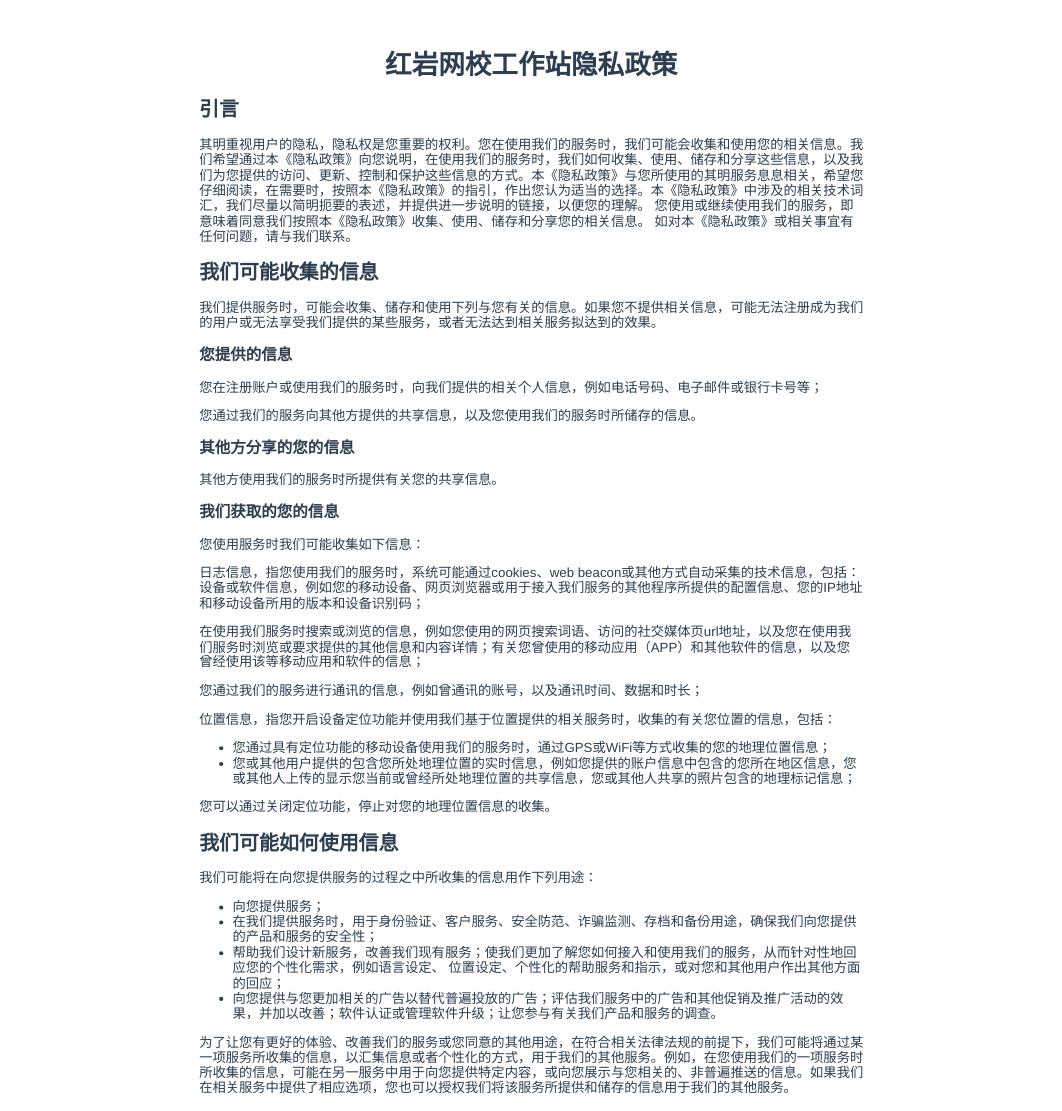
Repository: zl-mdc/privacy-policy
Page: /
These files come from the project's save history. The page is drawn as it stood at one moment and after the next save; the edit follows.
The browser window is 1280 px wide. The pictures show the whole page, at 83% of full size.
The project was rebuilt for these pictures with package versions that can differ from the ones it lists, and the page was loaded fresh each time.

Above is the page before, as saved 2020-09-17 15:43:18.

### src/main.js
import Vue from 'vue'
import App from './App.vue'
import 'normalize.css'

Vue.config.productionTip = false

new Vue({
  render: h => h(App),
}).$mount('#app')

### src/App.vue
<template>
  <div id="app">
    <Info />
  </div>
</template>

<script>
import Info from './components/Info';

export default {
  name: 'App',
  components: {
    Info
  }
}
</script>

<style>
#app {
  font-family: Avenir, Helvetica, Arial, sans-serif;
  -webkit-font-smoothing: antialiased;
  -moz-osx-font-smoothing: grayscale;
  text-align: center;
  color: #2c3e50;
  margin-top: 60px;
}
</style>

### src/components/Info.vue
<!--
 * @Author: Code_Master
 * @Date: 2020-09-17 15:00:51
 * @LastEditTime: 2020-09-17 15:43:18
 * @LastEditors: Code_Master
 * @FilePath: /privacy-policy/src/components/Info.vue
 * @Description: The first 90% of the code accounts for the first 90% of the development time. The remaining 10% of the code accounts for the other 90% of the development time.
-->
<template>
    <div id="info">
          <h1>红岩网校工作站隐私政策</h1>

          <h2>引言</h2>
          <p><span></span>其明重视用户的隐私，隐私权是您重要的权利。您在使用我们的服务时，我们可能会收集和使用您的相关信息。我们希望通过本《隐私政策》向您说明，在使用我们的服务时，我们如何收集、使用、储存和分享这些信息，以及我们为您提供的访问、更新、控制和保护这些信息的方式。本《隐私政策》与您所使用的其明服务息息相关，希望您仔细阅读，在需要时，按照本《隐私政策》的指引，作出您认为适当的选择。本《隐私政策》中涉及的相关技术词汇，我们尽量以简明扼要的表述，并提供进一步说明的链接，以便您的理解。 您使用或继续使用我们的服务，即意味着同意我们按照本《隐私政策》收集、使用、储存和分享您的相关信息。 如对本《隐私政策》或相关事宜有任何问题，请与我们联系。 </p>

          <h2>我们可能收集的信息</h2>
          <p>我们提供服务时，可能会收集、储存和使用下列与您有关的信息。如果您不提供相关信息，可能无法注册成为我们的用户或无法享受我们提供的某些服务，或者无法达到相关服务拟达到的效果。</p>
          <h3>您提供的信息</h3>
          <p>您在注册账户或使用我们的服务时，向我们提供的相关个人信息，例如电话号码、电子邮件或银行卡号等；</p>
          <p>您通过我们的服务向其他方提供的共享信息，以及您使用我们的服务时所储存的信息。</p>
          <h3>其他方分享的您的信息</h3>
          <p>其他方使用我们的服务时所提供有关您的共享信息。</p>
          <h3>我们获取的您的信息</h3>
          <p>您使用服务时我们可能收集如下信息：</p>
          <p>日志信息，指您使用我们的服务时，系统可能通过cookies、web beacon或其他方式自动采集的技术信息，包括：设备或软件信息，例如您的移动设备、网页浏览器或用于接入我们服务的其他程序所提供的配置信息、您的IP地址和移动设备所用的版本和设备识别码；</p>
          <p>在使用我们服务时搜索或浏览的信息，例如您使用的网页搜索词语、访问的社交媒体页url地址，以及您在使用我们服务时浏览或要求提供的其他信息和内容详情；有关您曾使用的移动应用（APP）和其他软件的信息，以及您曾经使用该等移动应用和软件的信息；</p>
          <p>您通过我们的服务进行通讯的信息，例如曾通讯的账号，以及通讯时间、数据和时长；</p>
          <p>位置信息，指您开启设备定位功能并使用我们基于位置提供的相关服务时，收集的有关您位置的信息，包括：</p>
          <ul>
              <li>您通过具有定位功能的移动设备使用我们的服务时，通过GPS或WiFi等方式收集的您的地理位置信息；</li>
              <li>您或其他用户提供的包含您所处地理位置的实时信息，例如您提供的账户信息中包含的您所在地区信息，您或其他人上传的显示您当前或曾经所处地理位置的共享信息，您或其他人共享的照片包含的地理标记信息；</li>
          </ul>
          <p>您可以通过关闭定位功能，停止对您的地理位置信息的收集。</p>

          <h2>我们可能如何使用信息</h2>
          <p>我们可能将在向您提供服务的过程之中所收集的信息用作下列用途：</p>
          <ul>
              <li>向您提供服务； </li>
              <li>在我们提供服务时，用于身份验证、客户服务、安全防范、诈骗监测、存档和备份用途，确保我们向您提供的产品和服务的安全性； </li>
              <li>帮助我们设计新服务，改善我们现有服务；使我们更加了解您如何接入和使用我们的服务，从而针对性地回应您的个性化需求，例如语言设定、 位置设定、个性化的帮助服务和指示，或对您和其他用户作出其他方面的回应；</li>
              <li>向您提供与您更加相关的广告以替代普遍投放的广告；评估我们服务中的广告和其他促销及推广活动的效果，并加以改善；软件认证或管理软件升级；让您参与有关我们产品和服务的调查。</li>
          </ul>
          <p>为了让您有更好的体验、改善我们的服务或您同意的其他用途，在符合相关法律法规的前提下，我们可能将通过某一项服务所收集的信息，以汇集信息或者个性化的方式，用于我们的其他服务。例如，在您使用我们的一项服务时所收集的信息，可能在另一服务中用于向您提供特定内容，或向您展示与您相关的、非普遍推送的信息。如果我们在相关服务中提供了相应选项，您也可以授权我们将该服务所提供和储存的信息用于我们的其他服务。</p>
          <h3></h3>
    </div>
</template>

<script>
export default {
    name: "Info",
}
</script>

<style>
    #info {
        width: 800px;
        margin: 0 auto;
        text-align: left;
    }
    h1 {
        text-align: center;
    }
</style>

Loaded but not shown: public/index.html (common file)

After the next save:
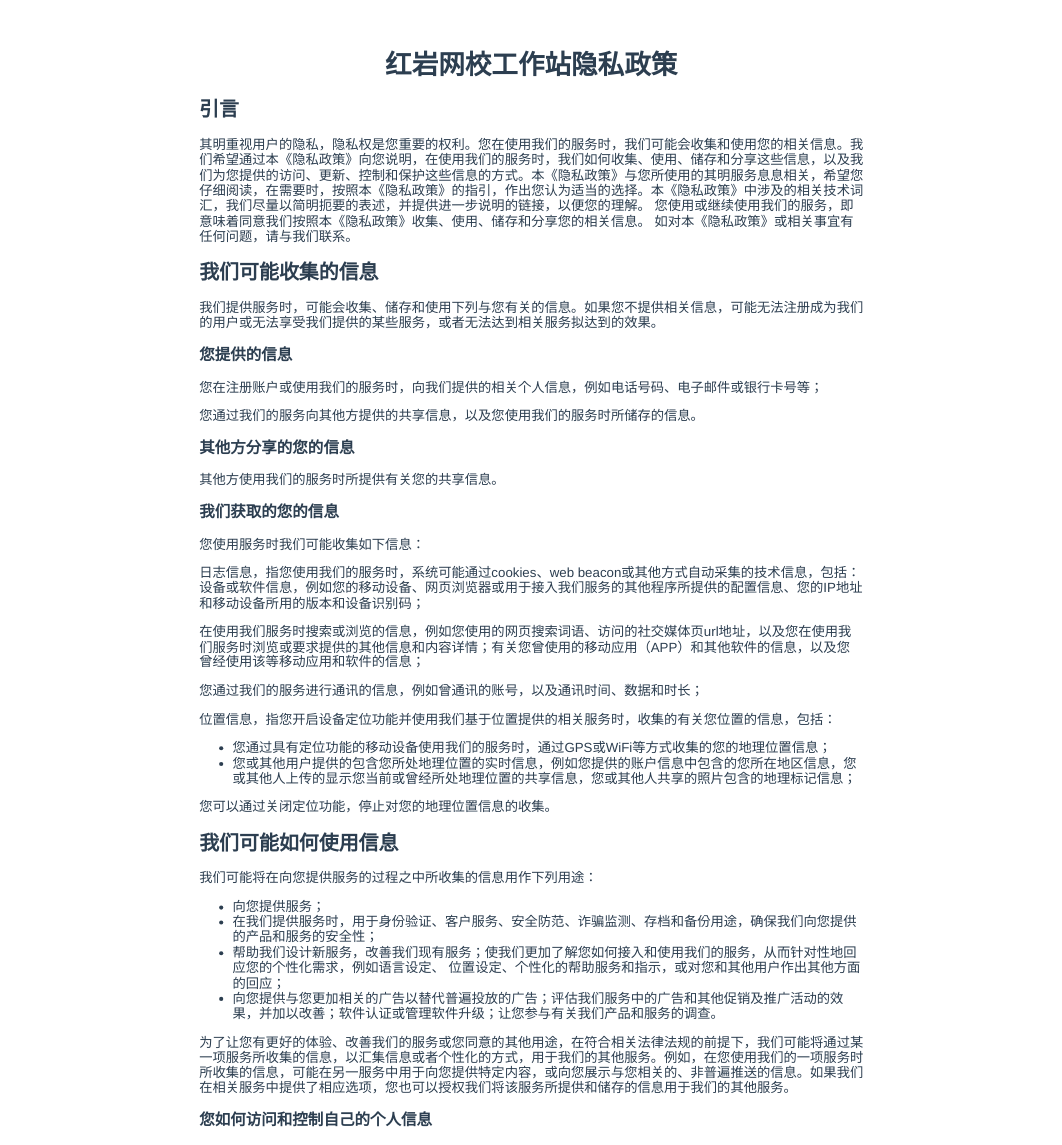
Saved 10 s later.
--- a/src/components/Info.vue
+++ b/src/components/Info.vue
@@ -1,7 +1,7 @@
 <!--
  * @Author: Code_Master
  * @Date: 2020-09-17 15:00:51
- * @LastEditTime: 2020-09-17 15:43:18
+ * @LastEditTime: 2020-09-17 15:43:28
  * @LastEditors: Code_Master
  * @FilePath: /privacy-policy/src/components/Info.vue
  * @Description: The first 90% of the code accounts for the first 90% of the development time. The remaining 10% of the code accounts for the other 90% of the development time.
@@ -41,7 +41,8 @@
               <li>向您提供与您更加相关的广告以替代普遍投放的广告；评估我们服务中的广告和其他促销及推广活动的效果，并加以改善；软件认证或管理软件升级；让您参与有关我们产品和服务的调查。</li>
           </ul>
           <p>为了让您有更好的体验、改善我们的服务或您同意的其他用途，在符合相关法律法规的前提下，我们可能将通过某一项服务所收集的信息，以汇集信息或者个性化的方式，用于我们的其他服务。例如，在您使用我们的一项服务时所收集的信息，可能在另一服务中用于向您提供特定内容，或向您展示与您相关的、非普遍推送的信息。如果我们在相关服务中提供了相应选项，您也可以授权我们将该服务所提供和储存的信息用于我们的其他服务。</p>
-          <h3></h3>
+          <h3>您如何访问和控制自己的个人信息</h3>
+
     </div>
 </template>
 
